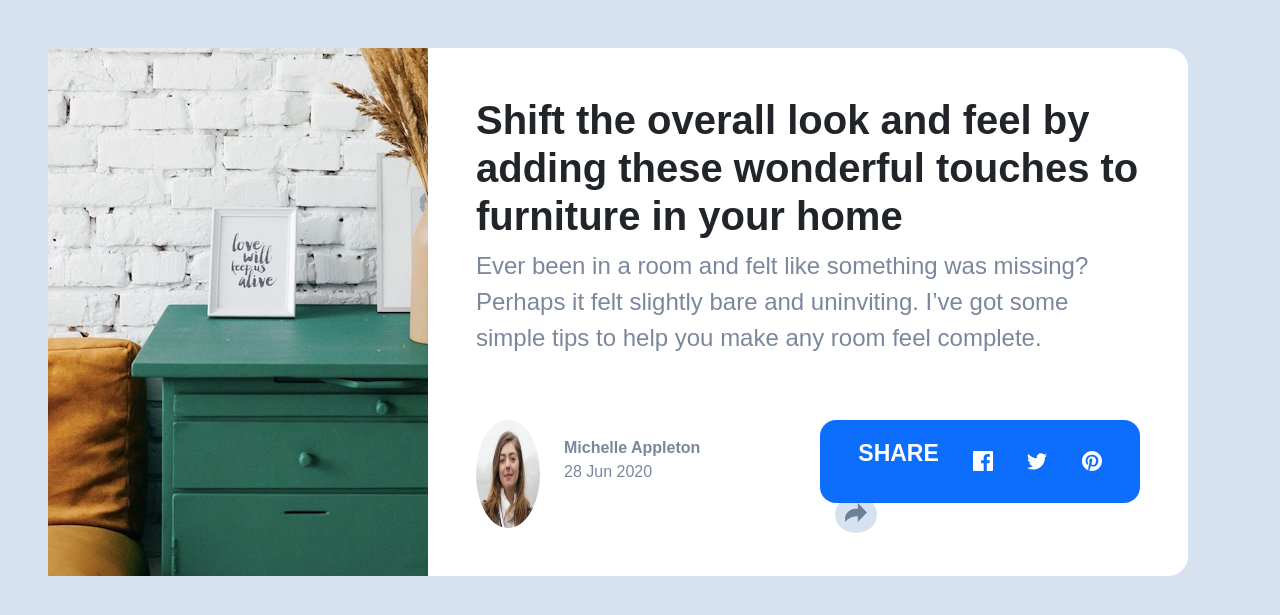
Repository: blordeus/article-preview-component
Page: index.html
An editor plug-in stored every save of this project. The page is shown before and after the next save, followed by the edit.
The browser window is 1280 px wide. The pictures show the whole page.

Above is the page before, as saved 2024-05-17 17:16:41.

After the next save:
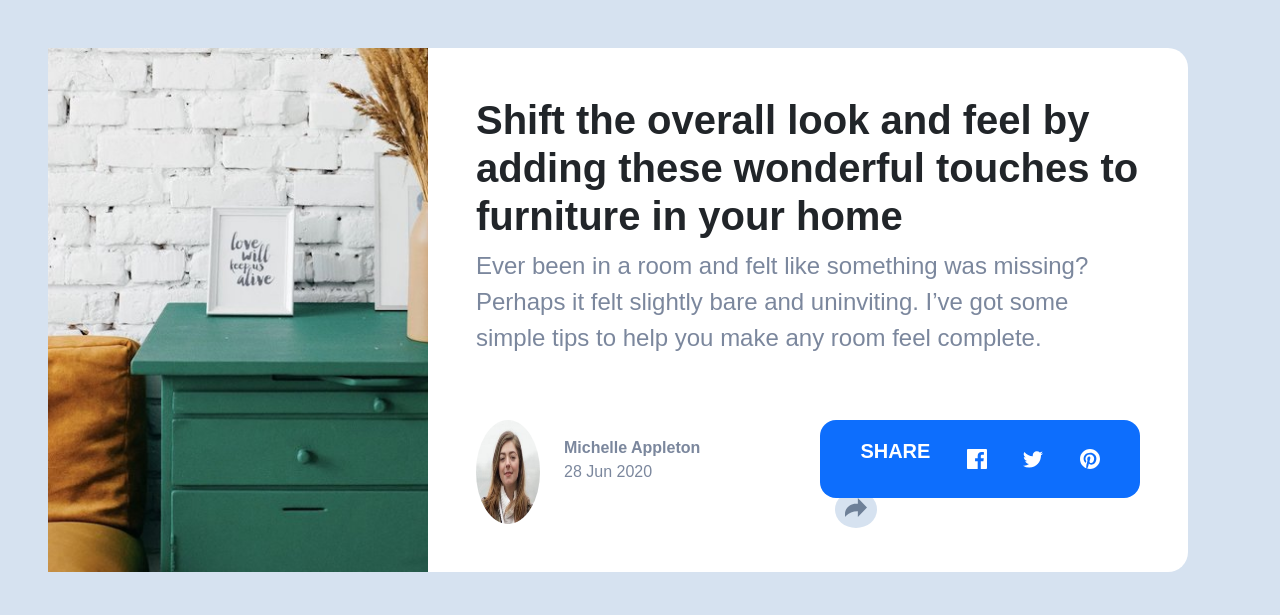
Saved 5 s later.
--- a/style.css
+++ b/style.css
@@ -62,5 +62,5 @@ p {
 .popup-text {
     color: var(--white);
     font-weight: 700;
-    font-size: 23px;
+    font-size: 20px;
 }
